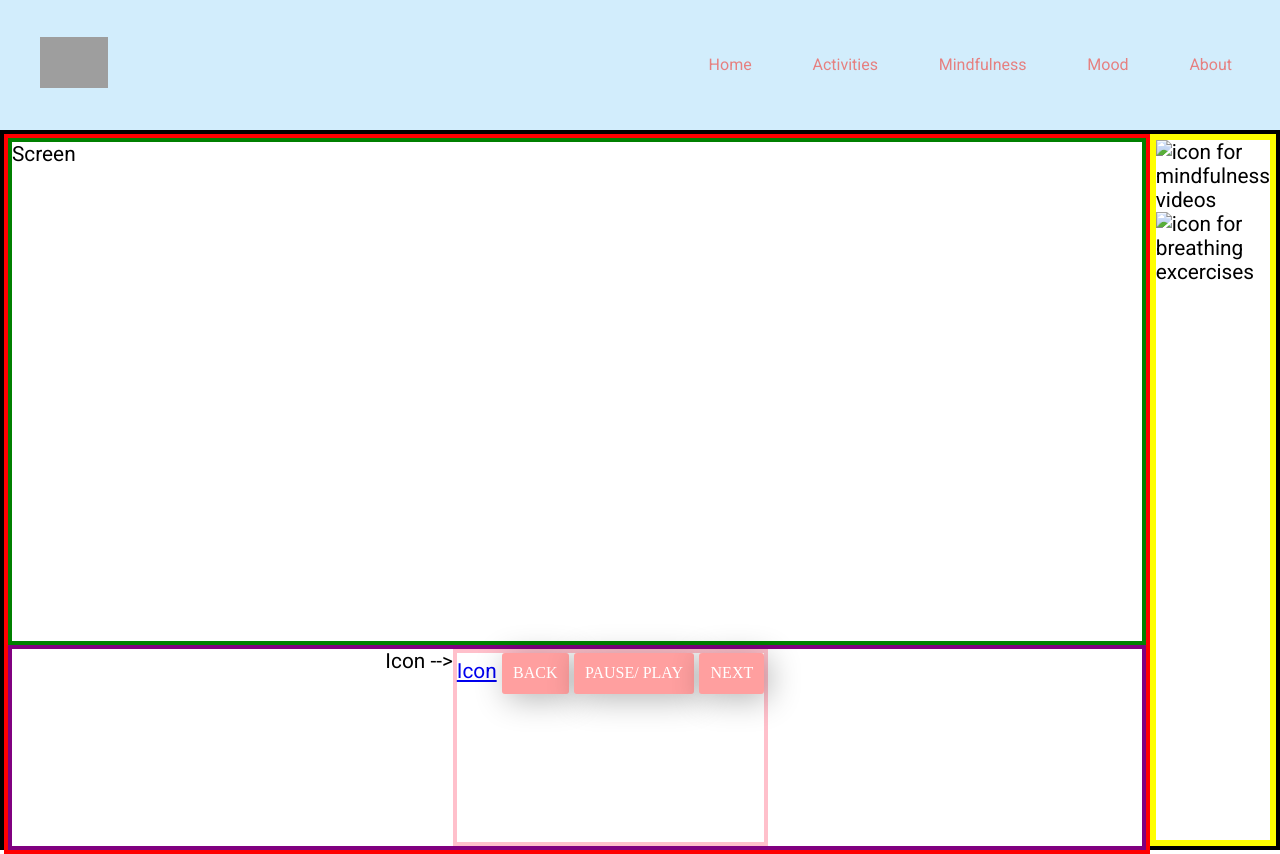
Repository: Nafisa-Huda/HealthierMind
Page: public/mindfulness.html
These files come from the project's save history. The page is drawn as it stood at one moment and after the next save; the edit follows.
The browser window is 1280 px wide. The pictures show the whole page.
Pictures or frames that could not be fetched are drawn as grey boxes. Some web fonts or font styles are not loaded; a fallback is used.

Above is the page before, as saved 2022-07-16 13:38:12.

### public/mindfulness.html
<!DOCTYPE html>
<html lang="en">

<head>
    <meta charset="UTF-8">
    <meta http-equiv="X-UA-Compatible" content="IE=edge">
    <meta name="viewport" content="width=device-width, initial-scale=1.0">
    <title>HealthyMind</title>
    <link rel="preconnect" href="https://fonts.googleapis.com">
    <link rel="preconnect" href="https://fonts.gstatic.com" crossorigin>
    <link
        href="https://fonts.googleapis.com/css2?family=Caveat+Brush&family=Fredoka+One&family=Roboto&family=Source+Sans+Pro:wght@300&display=swap"
        rel="stylesheet">
    <link rel="stylesheet" href="https://unpkg.com/swiper@8/swiper-bundle.min.css" />
    <link rel="stylesheet" href="css/mindfulness.css">
</head>

<body>
    <header>
        <div class="container row">
            <a href="index.html"><img class="logo" src="https://i.ibb.co/xLGc6jC/Healthy-Mind-logo.png"
                    alt="healthy-mind-logo"></a>
            <nav class="nav">
                <ul class="nav__list">
                    <li class="nav__item"><a href="index.html" class="nav__link">Home</a></li>
                    <li class="nav__item"><a href="activities.html" class="nav__link">Activities</a></li>
                    <li class="nav__item"><a href="mindfulness.html" class="nav__link">Mindfulness</a></li>
                    <li class="nav__item"><a href="tracker.html" class="nav__link">Mood</a></li>
                    <li class="nav__item"><a href="about.html" class="nav__link">About</a></li>
                </ul>
            </nav>
        </div>
    </header>
    <section>
        <div class="container__video">
            <div class="wrapper">
                <div class="screen"> Screen </div>
                <div class="controls">
                    <!-- <span><a href="parents__info"><!--icon for parents but we'll make it a modal--> Icon</a></span> -->
                    <div class="control__panel">
                        <span><a href="parents__info"><!--icon for parents but we'll make it a modal--> Icon</a></span>
                        <button class="back">back</button>
                        <button class="pauplay"> Pause/ Play </button>
                        <button class="next">Next</button>
                    </div>
                </div>
            </div>
            <div class="sidebar">
                <img src="#" alt="icon for mindfulness videos" />
                <img src="#" alt="icon for breathing excercises" />
            </div>
        </div>
    </section>
    <!-- Slider main container -->
    <!-- <section class="swiper">
    <div class="swiper-wrapper">
      <div class="swiper-slide">Slide 1</div>
      <div class="swiper-slide">Slide 2</div>
      <div class="swiper-slide">Slide 3</div>
    </div>
    <div class="swiper-pagination"></div>
    <div class="swiper-button-prev"></div>
    <div class="swiper-button-next"></div>
</section> -->

    <script src="https://unpkg.com/swiper@8/swiper-bundle.min.js"></script>
    <script src="js/mindfulness.js"></script>
</body>

</html>

### public/css/mindfulness.css
*,
*::before,
*::after {
  box-sizing: border-box;
  margin: 0;
  padding: 0;
}

body {
  max-width: 100%;
  font-family: "Roboto", sans-serif;
  font-size: 1.3rem;
  overflow:hidden;
}
html {
  scroll-behavior: smooth;
  scroll-padding-top: (--scroll-padding, 100px);
}

/*scrollbar*/
::-webkit-scrollbar {
  width: 0.7em;
}
::-webkit-scrollbar-track {
  background: antiquewhite;
}
::-webkit-scrollbar-thumb {
  background: linear-gradient(10deg, #69488a, #f18d8d);
}

header{
  background-color: #d2edfc;
  height: 3%;
}
.container {
  width: 100vw;
  height: 18vh;
  margin: 0 auto;
}
.main {
  height: 100vh;
}

.hero {
  display: flex;
  background-color: #d2edfc;
}
.hero h1 {
  font-family: caveat brush;
  text-align: center;
  margin-top: 0%;
  font-size: 3em;
}

.hero p {
  padding: 0 0.5em;
  margin-top: 0;
  text-align: center;
}

  .hero__text{
    width: 50%;
    margin: 8rem 0 4rem 2rem;
    display: flex;
    flex-direction: column;
    align-items: center;
    justify-content: flex-start;
  }

.row {
  display: flex;
  justify-content: space-between;
  align-items: center;
  width: 100%;
}

.logo {
  width: 15%;
  height: 100%;
  margin-left: 2.5rem;
  margin-right: 1rem;
}

.nav {
    display: flex;
    justify-content: space-between;
    align-items: center;
    max-width: 100%;
}

.nav__list {
  margin: 0;
  list-style: none;
  display: flex;
  align-items: center;
  font-size: 2rem;
}

.nav__item {
  display: flex;
  flex-direction: row;
  padding: 0.8rem;
  padding-right: 3rem;
  /* padding-right: 9rem; */
}
.nav__link {
  text-decoration: none;
  font-size: initial;
  font-weight: 200;
  color: #e68080;
}

.nav__link--button {
  padding: 0.25em 1em;
}

.nav__link:hover {
  opacity: 0.75;
}

.swiper {
    width:60vw;
    height: 70vh;
    margin: 0 auto;
    margin-top: 2rem;
    background-color: rgb(244, 244, 141);
    border-radius: 2rem;
  }
.container__video{
  border: 0.3rem solid black;
  height: 100vh;
  display: flex;
  flex-direction: row;
  width: 100%;
}
.wrapper{
  border: 0.3rem solid red;
  height: 100vh;
  width: 100%;
  display: flex;
  flex-direction: column;
}
.screen{
  border: 0.3rem solid green;
  width: 100%;
  height: 100%;
}
.sidebar{
  border: 0.4rem solid yellow;
  width: 10%;
  display: flex;
  flex-direction: column;
}
.controls{
  border: 0.3rem solid purple;
  width: 100%;
  height: 40%;
  display: flex;
  justify-content: center;
}
.control__panel{
  border: 0.3rem solid pink;
}
.back,
.next,
.pauplay{
  background: none;
  border-radius: 0.75rem;
  padding: 0.7rem;
  font-family: caveat brush;
  text-transform: uppercase;
  background: #ff9f9f;
  color: #fff;
  font-size: medium;
  border: none;
  border-radius: 3px;
  cursor: pointer;
  box-shadow:  0.3rem 0.3rem 2rem rgb(0 0 0 / 30%);
  }

  .back:hover,
  .next:hover,
  .pauplay:hover{
    background:#f99292;
  }

Loaded but not shown: public/mindfulness.js (common file)

After the next save:
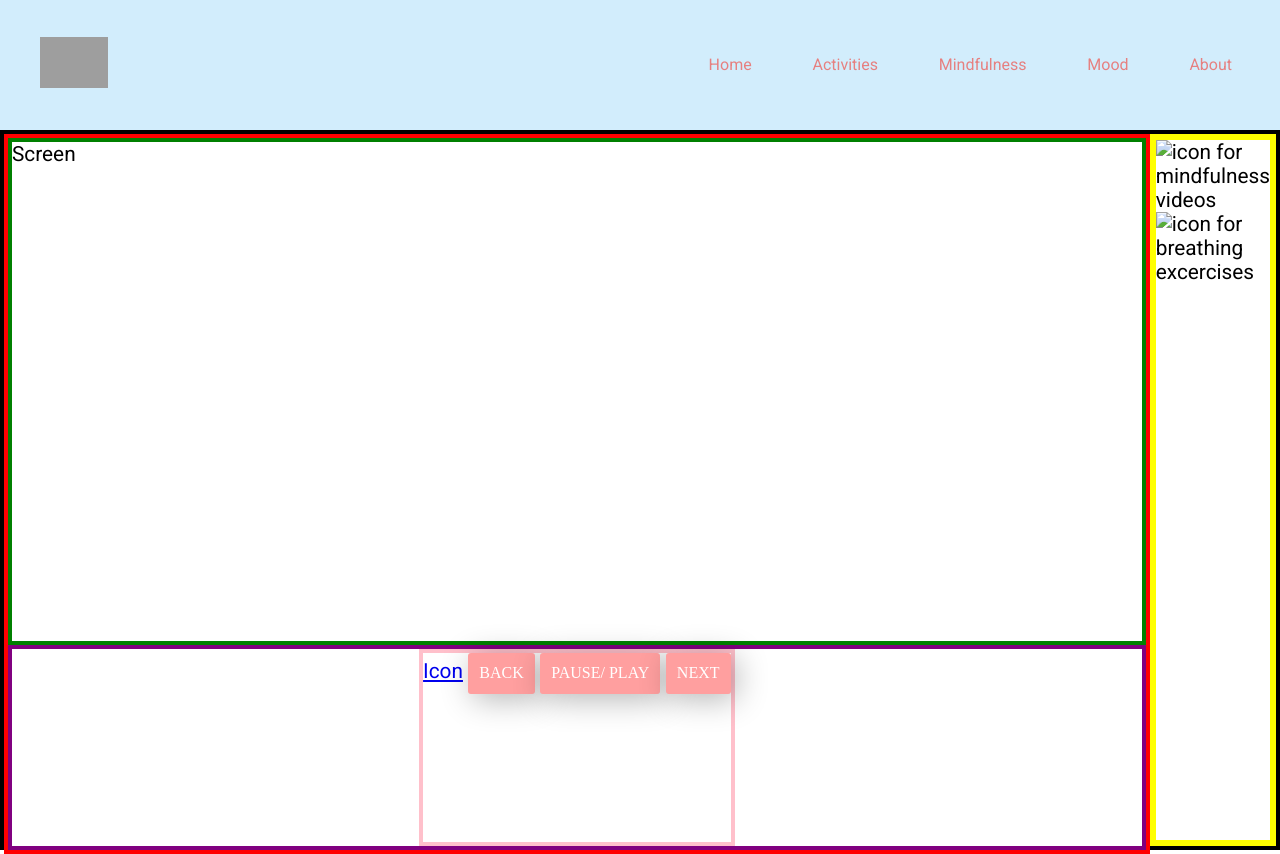
Saved 12 s later.
--- a/public/mindfulness.html
+++ b/public/mindfulness.html
@@ -36,7 +36,6 @@
             <div class="wrapper">
                 <div class="screen"> Screen </div>
                 <div class="controls">
-                    <!-- <span><a href="parents__info"><!--icon for parents but we'll make it a modal--> Icon</a></span> -->
                     <div class="control__panel">
                         <span><a href="parents__info"><!--icon for parents but we'll make it a modal--> Icon</a></span>
                         <button class="back">back</button>
